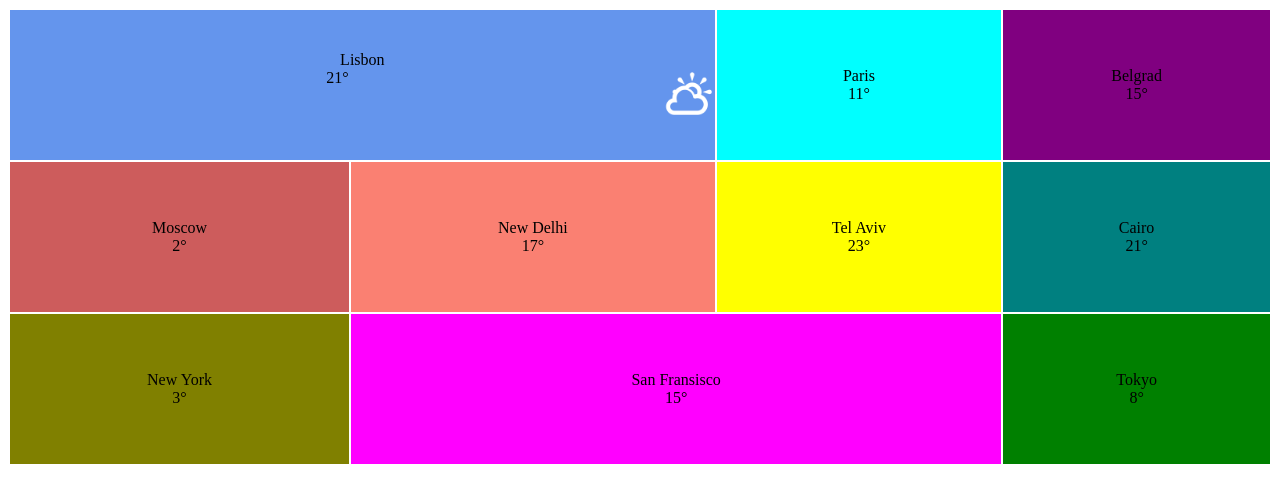
Repository: aysedo/html
Page: Week_2/index.html
The author's editor kept a copy of each file at every save. The page is drawn from the files as they stood at one save, then again after the next save.
The browser window is 1280 px wide. The pictures show the whole page.

Above is the page before, as saved 2021-08-24 15:40:24.

### Week_2/index.html
<!DOCTYPE html>
<html lang="en">
  <head>
    <meta charset="UTF-8" />
    <meta http-equiv="X-UA-Compatible" content="IE=edge" />
    <meta name="viewport" content="width=device-width, initial-scale=1.0" />
    <title>Document</title>
  </head>
  <body>
    <table width="100%">
      <tr height="150">
        <td colspan="2" bgcolor="cornflowerblue" align="center">
          Lisbon <br/>
          21°
          <img src="img.png" width="50" align="right" />
        </td>
        <td bgcolor="Aqua" align="center">
          Paris <br />
          11°
        </td>
        <td bgcolor="Purple" align="center">
          Belgrad <br />
          15°
        </td>
      </tr>
      <tr height="150">
        <td bgcolor="Indianred" align="center">
          Moscow <br />
          2°
        </td>
        <td bgcolor="Salmon" align="center">
          New Delhi <br />
          17°
        </td>
        <td bgcolor="Yellow" align="center">
          Tel Aviv <br />
          23°
        </td>
        <td bgcolor="Teal" align="center">
          Cairo <br />
          21°
        </td>
      </tr>
      <tr height="150">
        <td bgcolor="Olive" align="center">
          New York <br />
          3°
        </td>
        <td colspan="2" bgcolor="Fuchsia" align="center">
          San Fransisco<br />
          15°
        </td>
        <td bgcolor="Green" align="center">
          Tokyo <br />
          8°
        </td>
      </tr>
    </table>
  </body>
</html>

After the next save:
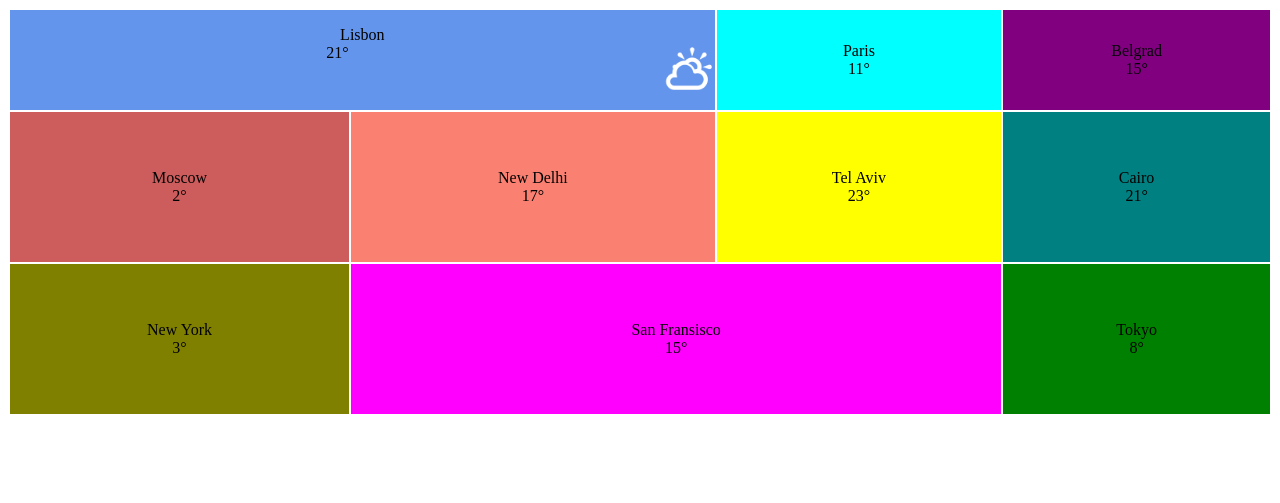
Saved 111 s later.
--- a/Week_2/index.html
+++ b/Week_2/index.html
@@ -8,7 +8,7 @@
   </head>
   <body>
     <table width="100%">
-      <tr height="150">
+      <tr height="100">
         <td colspan="2" bgcolor="cornflowerblue" align="center">
           Lisbon <br/>
           21°
